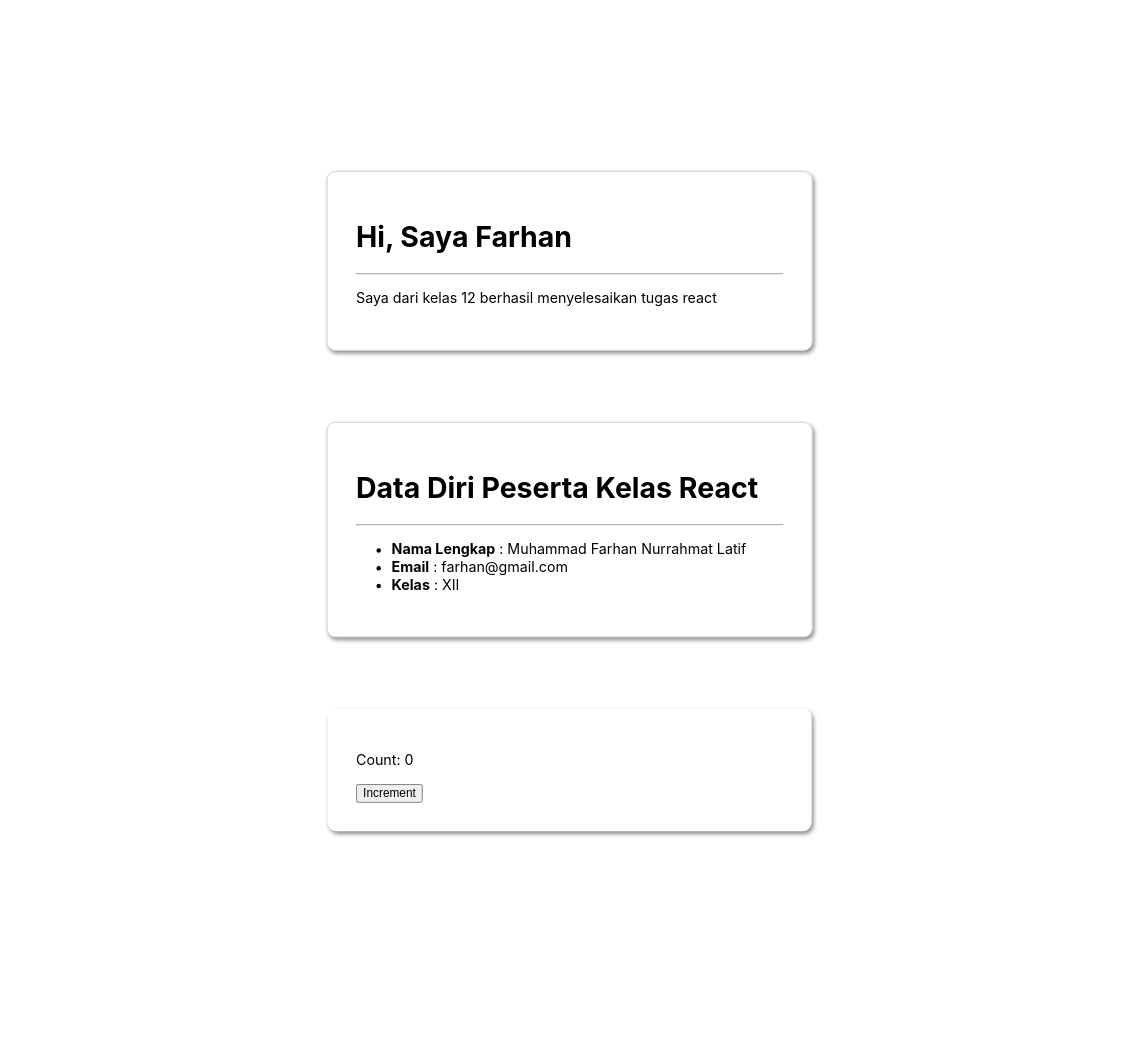
Repository: mfarhannr/Tugas-Reactjs_Farhan
Page: /
These files come from the project's save history. The page is drawn as it stood at one moment and after a run of saves; the edit follows.
The browser window is 1280 px wide. The pictures show the whole page, at 89% of full size.
The project was rebuilt for these pictures with package versions that can differ from the ones it lists, and the page was loaded fresh each time.

Above is the page before, as saved 2024-05-06 14:35:41.

After the next 3 saves:
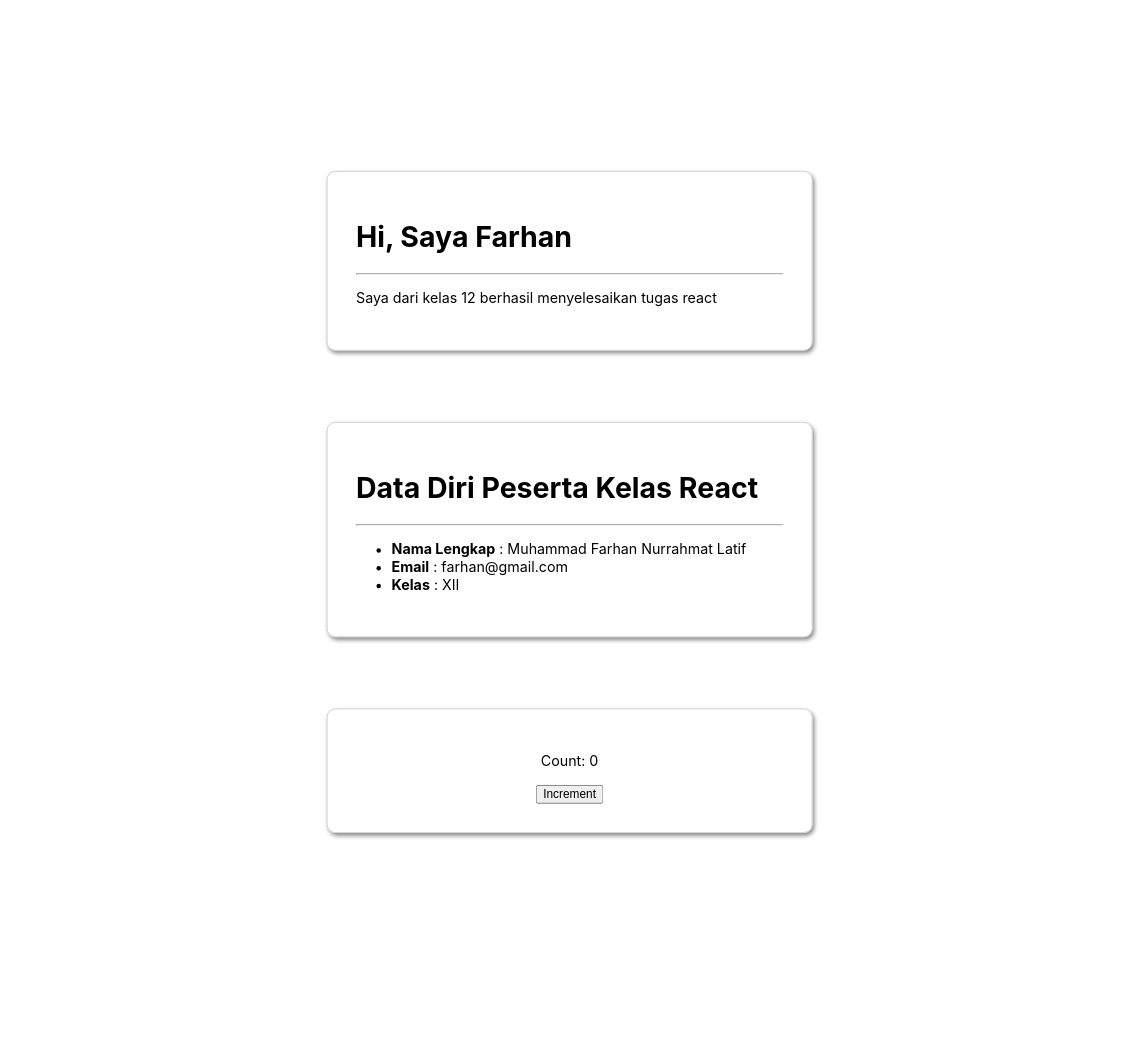
The 3 saves are shown as one change because they came seconds apart.
The last was saved 13 s later.
--- a/src/App.css
+++ b/src/App.css
@@ -26,7 +26,7 @@ span {
 
 .Card8 {
   align-items: center;
-  t
+  text-align: center;
   border: 1px solid #ccc;
   border-radius: 10px;
   padding: 2em;
